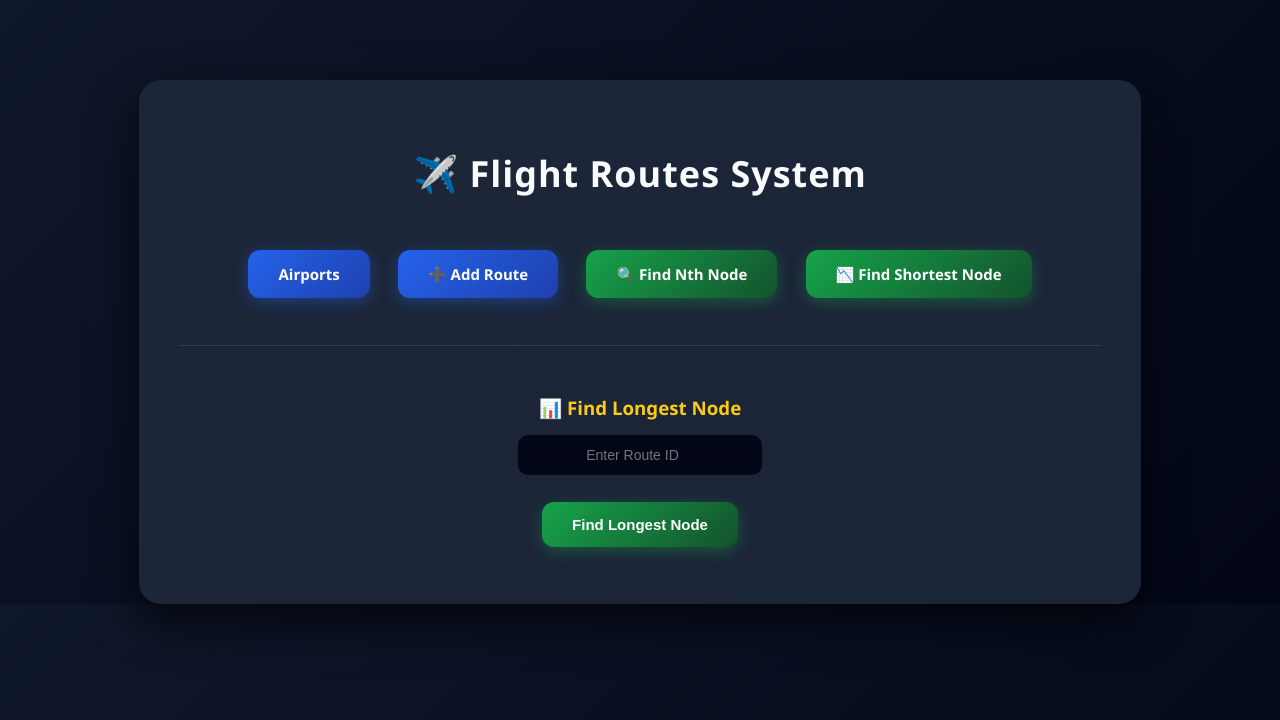
Repository: SNEHASURESH003/flight_system
Page: http://localhost/
The author's editor kept a copy of each file at every save. The page is drawn from the files as they stood at one save, then again after the next save.
The browser window is 1280 px wide. The pictures show the whole page.
The page is served by the project's application, run on Django 5.2 (manage.py). Other server files are loaded and not shown.

Above is the page before, as saved 2026-01-20 00:32:56.

### airport/airport_route/templates/dashboard.html
<!DOCTYPE html>
<html lang="en">
<head>
    <title>Flight Routes Dashboard</title>
    <style>
        body {
            font-family: 'Segoe UI', Tahoma, Geneva, Verdana, sans-serif;
            background: linear-gradient(135deg, #0f172a, #020617);
            color: #e5e7eb;
            text-align: center;
            margin: 0;
            padding: 0;
        }

        .container {
            margin-top: 80px;
        }

        h1 {
            margin-bottom: 40px;
            font-size: 36px;
            color: #f8fafc;
            letter-spacing: 1px;
        }

        .btn {
            display: inline-block;
            margin: 12px;
            padding: 14px 30px;
            text-decoration: none;
            background: linear-gradient(135deg, #2563eb, #1e40af);
            color: white;
            border-radius: 12px;
            font-size: 15px;
            font-weight: 600;
            box-shadow: 0 4px 15px rgba(37, 99, 235, 0.4);
            transition: all 0.3s ease;
            border: none;
            cursor: pointer;
        }

        .btn:hover {
            transform: translateY(-3px);
            box-shadow: 0 8px 25px rgba(37, 99, 235, 0.6);
            background: linear-gradient(135deg, #1d4ed8, #1e3a8a);
        }

        .btn.secondary {
            background: linear-gradient(135deg, #16a34a, #14532d);
            box-shadow: 0 4px 15px rgba(22, 163, 74, 0.4);
        }

        .btn.secondary:hover {
            background: linear-gradient(135deg, #15803d, #052e16);
            box-shadow: 0 8px 25px rgba(22, 163, 74, 0.6);
        }

        .card {
            background: rgba(30, 41, 59, 0.9);
            width: 72%;
            margin: auto;
            padding: 45px 40px;
            border-radius: 22px;
            box-shadow: 0 18px 45px rgba(0,0,0,0.7);
        }

        .longest-form {
            margin-top: 35px;
            padding-top: 30px;
            border-top: 1px solid rgba(255,255,255,0.1);
        }

        .longest-form h3 {
            margin-bottom: 15px;
            color: #facc15;
            font-weight: 600;
        }

        .input-group {
            margin-bottom: 15px;
        }

        .route-input {
            padding: 12px;
            border-radius: 10px;
            border: none;
            width: 220px;
            background-color: #020617;
            color: #f8fafc;
            outline: none;
            font-size: 14px;
            text-align: center;
        }

        .route-input:focus {
            border: 1px solid #facc15;
            box-shadow: 0 0 8px rgba(250, 204, 21, 0.7);
        }

    </style>
</head>
<body>

<div class="container">
    <div class="card">
        <h1>✈️ Flight Routes System</h1>

        <a href="{% url 'list_airports' %}" class="btn">Airports</a>
        <a href="{% url 'add_route' %}" class="btn">➕ Add Route</a>
        <a href="{% url 'find_nth' %}" class="btn secondary">🔍 Find Nth Node</a>
        <a href="{% url 'shortest_between' %}" class="btn secondary">📉 Find Shortest Node</a>

        <div class="longest-form">
            <h3>📊 Find Longest Node</h3>

            <form action="{% url 'longest_node' 0 %}" method="get"
                  onsubmit="this.action=this.action.replace('/0/', '/' + document.getElementById('route_id').value + '/');">

                <div class="input-group">
                    <input type="number" id="route_id" class="route-input" placeholder="Enter Route ID" required>
                </div>

                <button class="btn secondary" type="submit">Find Longest Node</button>
            </form>
        </div>

    </div>
</div>

</body>
</html>

### airport/airport_route/views.py
from django.shortcuts import render
from .forms import RouteForm, AirportForm
from .models import Airport, Route
from .utils import nth_left_or_right_node, longest_node_on_duration, shortest_node_between_routes
from django.http import HttpResponse
from django.core.exceptions import ValidationError



from django.shortcuts import render, redirect
from django.contrib import messages  # for flash messages
from .forms import AirportForm, RouteForm

def add_airport(request):
    if request.method == 'POST':
        form = AirportForm(request.POST)
        if form.is_valid():
            form.save()
            messages.success(request, "Airport added successfully!")  # show message in template
             # redirect to dashboard
    else:
        form = AirportForm()
    return render(request, 'add_airport.html', {'form': form})
# List Airports (Dashboard/List Page)
def list_airports(request):
    airports = Airport.objects.all()
    return render(request, 'list_airports.html', {'airports': airports})

# Edit Airport
def edit_airport(request, airport_id):
    airport = get_object_or_404(Airport, id=airport_id)
    if request.method == 'POST':
        form = AirportForm(request.POST, instance=airport)
        if form.is_valid():
            form.save()
            messages.success(request, "Airport updated successfully!")
            return redirect('list_airports')
    else:
        form = AirportForm(instance=airport)
    return render(request, 'edit_airport.html', {'form': form, 'airport': airport})

# Delete Airport
def delete_airport(request, airport_id):
    airport = get_object_or_404(Airport, id=airport_id)
    if request.method == 'POST':
        airport.delete()
        messages.success(request, "Airport deleted successfully!")
        return redirect('list_airports')
    return render(request, 'delete_airport.html', {'airport': airport})

def add_route(request):
    if request.method == 'POST':
        form = RouteForm(request.POST)
        if form.is_valid():
            form.save()
            messages.success(request, "Route added successfully!")

    else:
        form = RouteForm()
    return render(request, 'route_form.html', {'form': form})


from django.shortcuts import render, get_object_or_404

from django.shortcuts import render, get_object_or_404

def find_nth_node(request):
    result = None
    error = None

    if request.method == 'POST':
        try:
            route_id = request.POST.get('route_id')
            n = int(request.POST.get('n'))
            direction = request.POST.get('direction')

            route = get_object_or_404(Route, id=route_id)

            if n <= 0:
                error = "N must be greater than zero."
            else:
                result = nth_left_or_right_node(route, n, direction)

                if result is None:
                    error = f"No {n}th node exists in the {direction} direction from this route."

        except ValueError:
            error = "Invalid input. Please enter valid numbers."
        except Exception as e:
            error = str(e)

    return render(request, 'find_nth_node.html', {
        'result': result,
        'error': error
    })




from django.shortcuts import render
from django.core.exceptions import ObjectDoesNotExist

def find_longest_node(request, route_id):
    try:
        route = Route.objects.get(id=route_id)
    except Route.DoesNotExist:
        return render(request, 'error.html', {
            'message': 'Route not found. Please enter a valid Route ID.'
        })

    longest_left = longest_node_on_duration(route, 'left')
    longest_right = longest_node_on_duration(route, 'right')

    return render(request, 'longest_node.html', {
        'route': route,
        'longest_left': longest_left,
        'longest_right': longest_right,
    })


from django.shortcuts import render, get_object_or_404

def find_shortest_between(request):
    result = None
    error = None

    if request.method == 'POST':
        route1_id = request.POST.get('route1_id')
        route2_id = request.POST.get('route2_id')

        try:
            route1 = get_object_or_404(Route, id=route1_id)
            route2 = get_object_or_404(Route, id=route2_id)

            result = shortest_node_between_routes(route1, route2)

        except Exception as e:
            error = str(e)

    return render(request, 'shortest_between.html', {
        'result': result,
        'error': error
    })




def dashboard(request):
    return render(request, 'dashboard.html')

### airport/airport/urls.py
"""
URL configuration for airport project.

The `urlpatterns` list routes URLs to views. For more information please see:
    https://docs.djangoproject.com/en/5.2/topics/http/urls/
Examples:
Function views
    1. Add an import:  from my_app import views
    2. Add a URL to urlpatterns:  path('', views.home, name='home')
Class-based views
    1. Add an import:  from other_app.views import Home
    2. Add a URL to urlpatterns:  path('', Home.as_view(), name='home')
Including another URLconf
    1. Import the include() function: from django.urls import include, path
    2. Add a URL to urlpatterns:  path('blog/', include('blog.urls'))
"""
from django.contrib import admin
from django.urls import path
from django.urls import include

urlpatterns = [
    path('admin/', admin.site.urls),
    path('', include('airport_route.urls')),
]

### airport/airport_route/urls.py
from .models import Route
from django.urls import path
from .views import add_airport, add_route, dashboard, find_nth_node, find_longest_node, find_shortest_between
from airport_route import views
urlpatterns = [
   path('airports/add/', add_airport, name='add_airport'),
    path('routes/add/', add_route, name='add_route'),
    path('airports/', views.list_airports, name='list_airports'),
    path('airports/edit/<int:airport_id>/', views.edit_airport, name='edit_airport'),
    path('airports/delete/<int:airport_id>/', views.delete_airport, name='delete_airport'),

    path('routes/find-nth/', find_nth_node, name='find_nth'),
     path('routes/longest-node/<int:route_id>/', find_longest_node, name='longest_node'),
    path('routes/shortest/', find_shortest_between, name='shortest_between'),
     path('', dashboard, name='dashboard'),
]

After the next save:
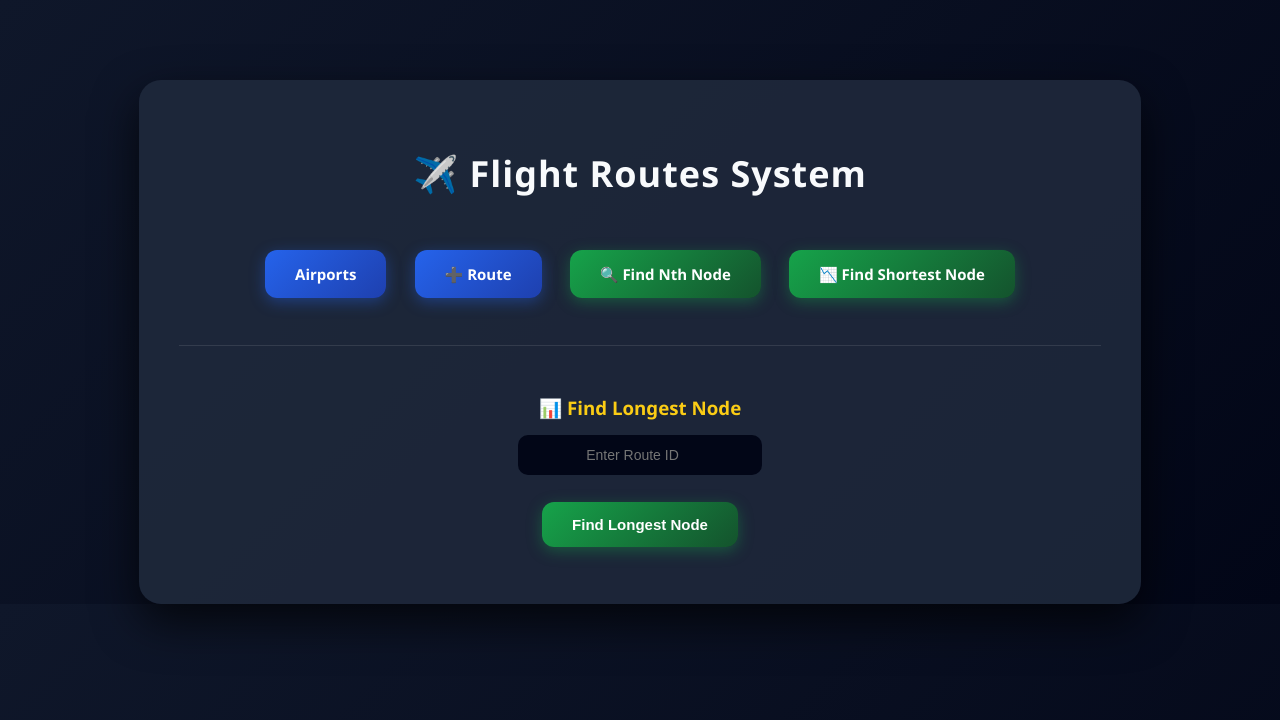
Saved 27 s later.
--- a/airport/airport_route/templates/dashboard.html
+++ b/airport/airport_route/templates/dashboard.html
@@ -106,7 +106,7 @@
         <h1>✈️ Flight Routes System</h1>
 
         <a href="{% url 'list_airports' %}" class="btn">Airports</a>
-        <a href="{% url 'add_route' %}" class="btn">➕ Add Route</a>
+        <a href="{% url 'add_route' %}" class="btn">➕ Route</a>
         <a href="{% url 'find_nth' %}" class="btn secondary">🔍 Find Nth Node</a>
         <a href="{% url 'shortest_between' %}" class="btn secondary">📉 Find Shortest Node</a>
 
